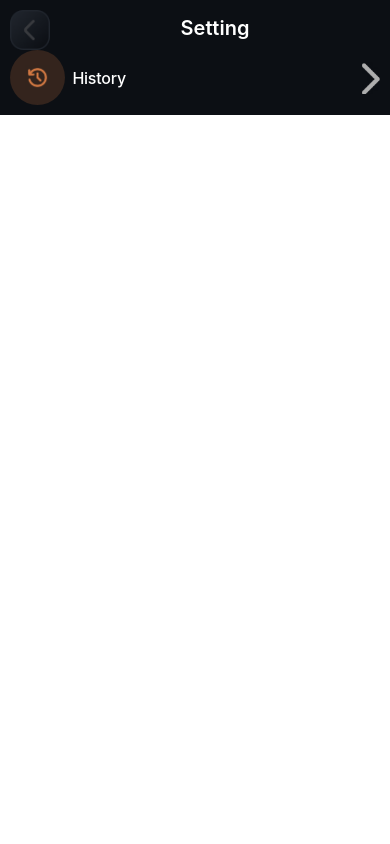
Repository: nguoilaisaochoi/App-coffe
Screen: /
The author's editor kept a copy of each file at every save. The screen is drawn from the files as they stood at one save, then again after the next save.
The app was drawn by React Native's web renderer in a window 390 px wide. The project was rebuilt for these pictures with package versions that can differ from the ones it lists, and the page was loaded fresh each time.

Above is the screen before, as saved 2024-01-13 08:58:58.

After the next save:
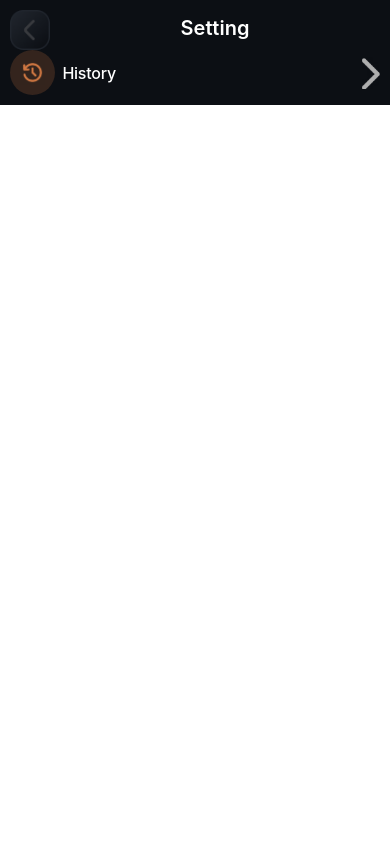
Saved 5 s later.
--- a/src/Setting.js
+++ b/src/Setting.js
@@ -70,8 +70,8 @@ const mystyle = StyleSheet.create({
     display: 'flex',
     justifyContent: 'center',
     alignItems: 'center',
-    width: 55,
-    height: 55,
+    width: 45,
+    height: 45,
     borderRadius: 50,
     backgroundColor: 'rgba(209, 120, 66, 0.20)',
   },
